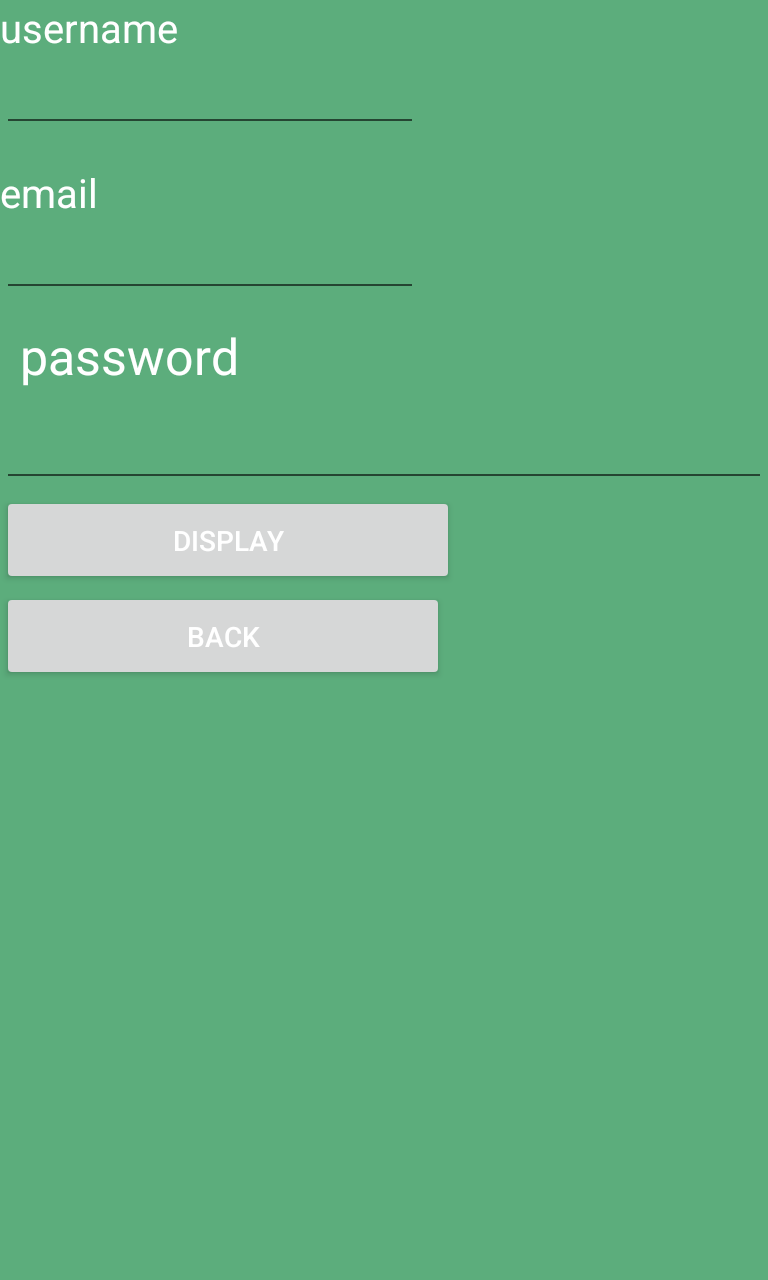
Repository: janemuthoni/icon
Layout: Exam/res/layout/login.xml
An editor plug-in stored every save of this project. The layout is shown before and after the next save, followed by the edit.
It is drawn on a 768 x 1280 px phone screen (xhdpi) without system bars, with theme AppTheme; the app's code is not run.

Above is the layout before, as saved 2014-08-07 08:30:48.

After the next save:
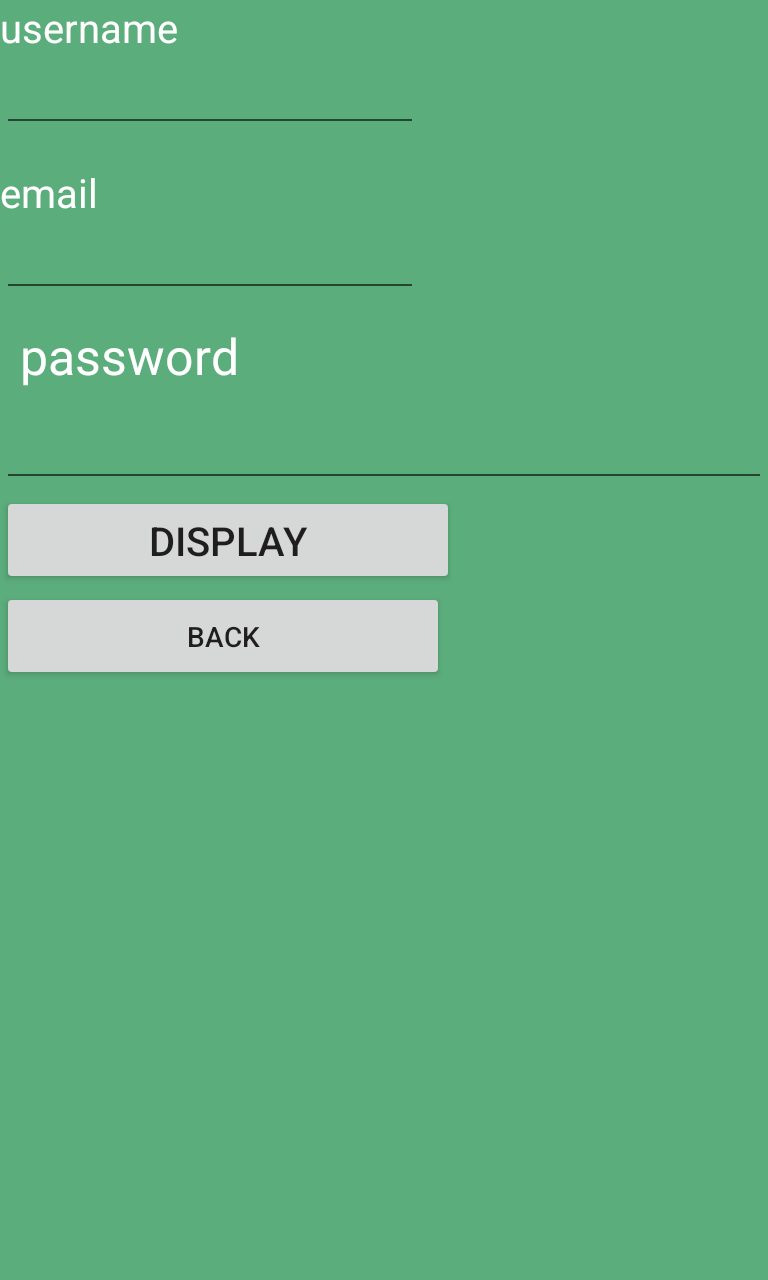
Saved 27 s later.
--- a/Exam/res/layout/login.xml
+++ b/Exam/res/layout/login.xml
@@ -56,13 +56,14 @@
           android:layout_width="228dp"
           android:layout_height="wrap_content"
           android:text="@string/btndisplay"
-          android:textColor="@color/white" />
+          android:textColor="@color/black"
+          android:textSize="20dp" />
 
       <Button
           android:id="@+id/buttonback"
           android:layout_width="223dp"
           android:layout_height="wrap_content"
           android:text="@string/buttonback"
-            android:textColor="@color/white"/>
+            android:textColor="@color/black"/>
 
 </LinearLayout>
